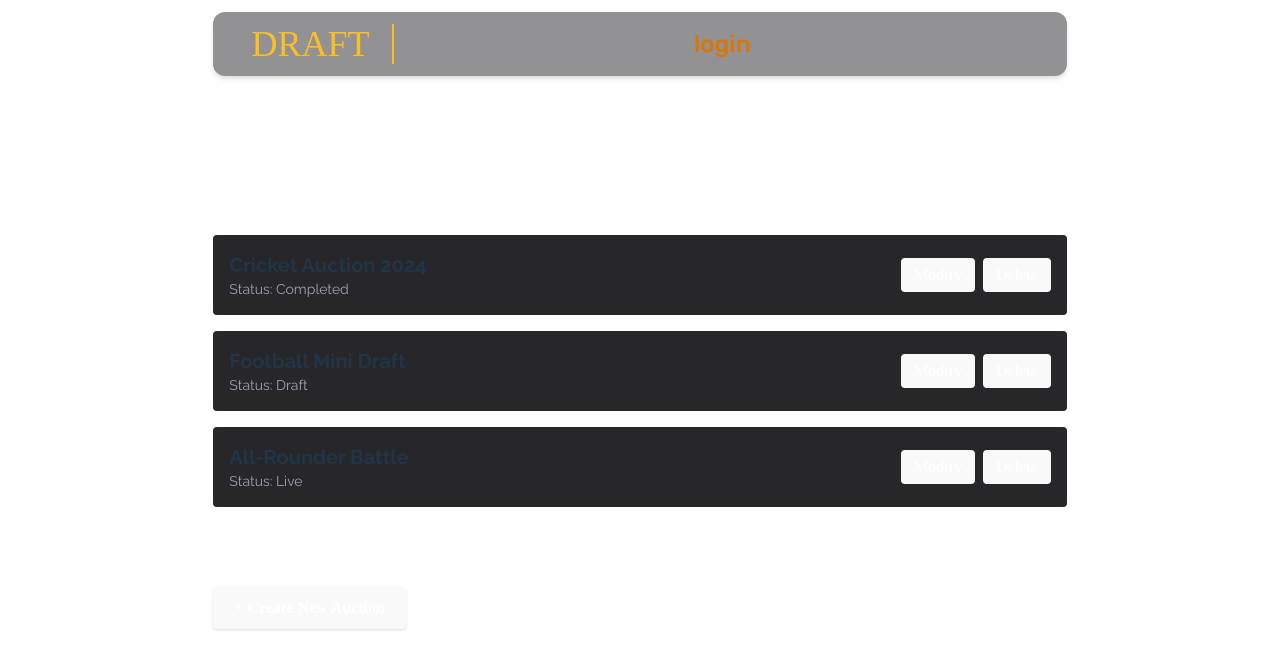
Repository: MehediMim/LeagueCrafter--Online-Auction-Platform-Project
Page: /dashboard (app in my-app/)
These files come from the project's save history. The page is drawn as it stood at one moment and after the next save; the edit follows.
The browser window is 1280 px wide. The pictures show the whole page.
Some web fonts or font styles are not loaded; a fallback is used. The project was rebuilt for these pictures with package versions that can differ from the ones it lists, and the page was loaded fresh each time. Also part of the build but not shown: my-app/vite.config.js, my-app/src/pages/Home.jsx, my-app/src/pages/Login.jsx.

Above is the page before, as saved 2025-05-26 14:06:07.

### my-app/src/main.jsx
import { StrictMode } from 'react'
import { createRoot } from 'react-dom/client'
import React from 'react';
import ReactDOM from 'react-dom/client';
import './index.css'
import App from './App.jsx'
import { Auth0Provider } from '@auth0/auth0-react';
console.log("HELLO WORLD");
console.log('Domain:', import.meta.env.VITE_AUTH0_DOMAIN);
console.log('Client ID:', import.meta.env.VITE_AUTH0_CLIENT_ID);
console.log("HELLO WORLD");

ReactDOM.createRoot(document.getElementById('root')).render(
<React.StrictMode>
  <Auth0Provider
    domain={import.meta.env.VITE_AUTH0_DOMAIN}
    clientId={import.meta.env.VITE_AUTH0_CLIENT_ID}
    authorizationParams={{

      redirect_uri: window.location.origin,
      audience: import.meta.env.VITE_AUTH0_AUDIENCE
    }}
  >
    <App />
  </Auth0Provider>
</React.StrictMode>
);

### my-app/src/index.css
@import url('https://fonts.googleapis.com/css2?family=Bebas+Neue&display=swap');
@import url('https://fonts.googleapis.com/css2?family=Raleway:wght@400;700&display=swap');
@import url('https://fonts.googleapis.com/css2?family=Jaro&display=swap');
@import url('https://fonts.googleapis.com/css2?family=WDXL+Lubrifont+TC&display=swap');
@import url('https://fonts.googleapis.com/css2?family=Barrio&display=swap');
@import url('https://fonts.googleapis.com/css2?family=Barrio&family=Rubik:ital,wght@0,300..900;1,300..900&display=swap');
@tailwind base;
@tailwind components;
@tailwind utilities;



:root {
  font-family: system-ui, Avenir, Helvetica, Arial, sans-serif;
  line-height: 1.5;
  font-weight: 400;

  color-scheme: light dark;
  color: rgba(255, 255, 255, 0.87);
  background-color: #242424;

  font-synthesis: none;
  text-rendering: optimizeLegibility;
  -webkit-font-smoothing: antialiased;
  -moz-osx-font-smoothing: grayscale;
}

a {
  font-weight: 500;
  color: #646cff;
  text-decoration: inherit;
}
a:hover {
  color: #535bf2;
}

body {
  margin: 0;
  display: flex;
  place-items: center;
  min-width: 320px;
  min-height: 100vh;
}

h1 {
  font-size: 3.2em;
  line-height: 1.1;
}

button {
  border-radius: 8px;
  border: 1px solid transparent;
  padding: 0.6em 1.2em;
  font-size: 1em;
  font-weight: 500;
  font-family: inherit;
  background-color: #1a1a1a;
  cursor: pointer;
  transition: border-color 0.25s;
}
button:hover {
  border-color: #646cff;
}
button:focus,
button:focus-visible {
  outline: 4px auto -webkit-focus-ring-color;
}

@media (prefers-color-scheme: light) {
  :root {
    color: #213547;
    background-color: #ffffff;
  }
  a:hover {
    color: #747bff;
  }
  button {
    background-color: #f9f9f9;
  }
}

### my-app/src/App.jsx
import { BrowserRouter, Routes, Route } from "react-router-dom";
import Navbar from "./components/Navbar";
import Home from "./pages/Home";
import Dashboard from "./pages/Dashboard";
import Login from "./pages/Login";


export default function App() {
  return (
    <BrowserRouter>
      <Navbar />
      <Routes>
        <Route path="/" element={<Home />} />
        <Route path="/dashboard" element={<Dashboard />} />
        <Route path="/login" element={<Login />} />
        {/* <Route path="/auction" element={<AuctionRoom />} /> */}
        {/* <Route path="*" element={<NotFound />} /> */}
      </Routes>
    </BrowserRouter>
  );
}

### my-app/src/components/Navbar.jsx
import { Link } from "react-router-dom";
import { useAuth0 } from "@auth0/auth0-react";

export default function Navbar(params) {

  const { user, isAuthenticated, isLoading, loginWithRedirect, logout } = useAuth0();

  return (
    <div className="h-16 w-screen absolute top-3 z-50 flex justify-center">
      <div className="w-2/3 flex justify-center">
        <div className="bg-zinc-800 bg-opacity-50 shadow-md p-4 rounded-xl w-full flex items-center">
          {/* <div className="w-auto h-auto rounded-xl m-4 flex p-4"> */}
          <div className="w-1/4 border-r-2 border-amber-400 flex justify-center">
            <Link to="/"><h1 className="font-jaro text-4xl text-amber-400 hover:text-white">DRAFT</h1></Link>
          </div>
          <div className="w-full flex justify-evenly   items-center">
            {/* <Link to="/" className="text-amber-600 hover:text-white"><h1 className="text-3xl font-jaro">home</h1></Link> */}
            {/* <Link className="text-amber-600 hover:text-white"><h1 className="text-3xl font-jaro">registrations</h1></Link> */}
            {!isAuthenticated && <Link to="/login" className="text-amber-600 hover:text-white"><h1 className="text-2xl  font-rubik">login</h1></Link>}
            {isAuthenticated && <Link to="/dashboard" className="text-amber-600 hover:text-white"><h1 className="text-2xl  font-rubik">dashboard</h1></Link>}

          </div>
          {/* </div> */}
        </div>
        {isAuthenticated && <div className=" h-16 w-16  ml-3 group cursor-pointer relative">


          <div className="rounded-full border-amber-600 border-4 h-16 w-16">
            <img src={user.picture} className="rounded-full"></img>
          </div>

          <div className="absolute top-10 left-36 -translate-x-1/2  bg-zinc-800 text-white rounded-xl p-4 shadow-lg hidden group-hover:block z-50">
            <p className="text-lg font-bold font-raleway text-left">{user.name}</p>
            <p className="text-lg  font-kanit text-center font-raleway">{user.email}</p>
            <button
              onClick={() => logout({ returnTo: window.location.origin })}
              className="mt-3 w-full px-4 py-2 text-smbg rounded hover:bg-white  hover:text-black transition font-kanit"
            >
              Logout
            </button>
          </div>


        </div>
        }
      </div>
    </div>
  )
};

### my-app/src/pages/Dashboard.jsx
import React from 'react';

export default function Dashboard() {
    // Placeholder auction list
    const mockAuctions = [
        { id: 1, title: "Cricket Auction 2024", status: "Completed" },
        { id: 2, title: "Football Mini Draft", status: "Draft" },
        { id: 3, title: "All-Rounder Battle", status: "Live" },
    ];

    return (
        <div className='flex justify-center w-screen'>

            <div className='w-4/6 '>
                <div className="  mt-20 font-kanit ">
                    <h1 className="text-4xl font-jaro text-white mb-6">my auctions</h1>


                    <div className="space-y-4">
                        {mockAuctions.map(auction => (
                            <div key={auction.id} className="bg-zinc-800 p-4 rounded flex justify-between items-center">
                                <div>
                                    <h3 className="text-xl font-bold font-raleway">{auction.title}</h3>
                                    <p className="text-sm text-gray-400 font-raleway">Status: {auction.status}</p>
                                </div>
                                <div className="space-x-2">
                                    <button className=" hover:bg-white px-3 py-1 rounded text-white hover:text-black font-jaro">Modify</button>
                                    <button className=" hover:bg-white px-3 py-1 rounded text-white hover:text-black font-jaro">Delete</button>
                                </div>
                            </div>
                        ))}
                    </div>


                    <div className="flex justify-between items-center mt-20">

                        <button className=" hover:bg-white text-white hover:text-black px-5 py-2 rounded font-jaro font-bold shadow">
                            + Create New Auction
                        </button>
                    </div>
                </div>
            </div>
        </div>
    );
}

### my-app/tailwind.config.js
/** @type {import('tailwindcss').Config} */
export default {
  content: [
    "./index.html",
    "./src/**/*.{js,ts,jsx,tsx}",
  ],
  theme: {
    extend: {
      fontFamily: {
        bebas: ['"Bebas Neue"', 'cursive'],
        raleway: ['Raleway', 'sans-serif'],
        jaro: ['Jaro', 'cursive'],
        lubrifont: ['WDXL Lubrifont TC', 'sans-serif'],
        barrio: ['Barrio', 'normal'],
        rubik: ['Rubik', 'sans-serif'],
      },
    },
  },
  plugins: [],
}

Loaded but not shown: my-app/index.html (common file)

After the next save:
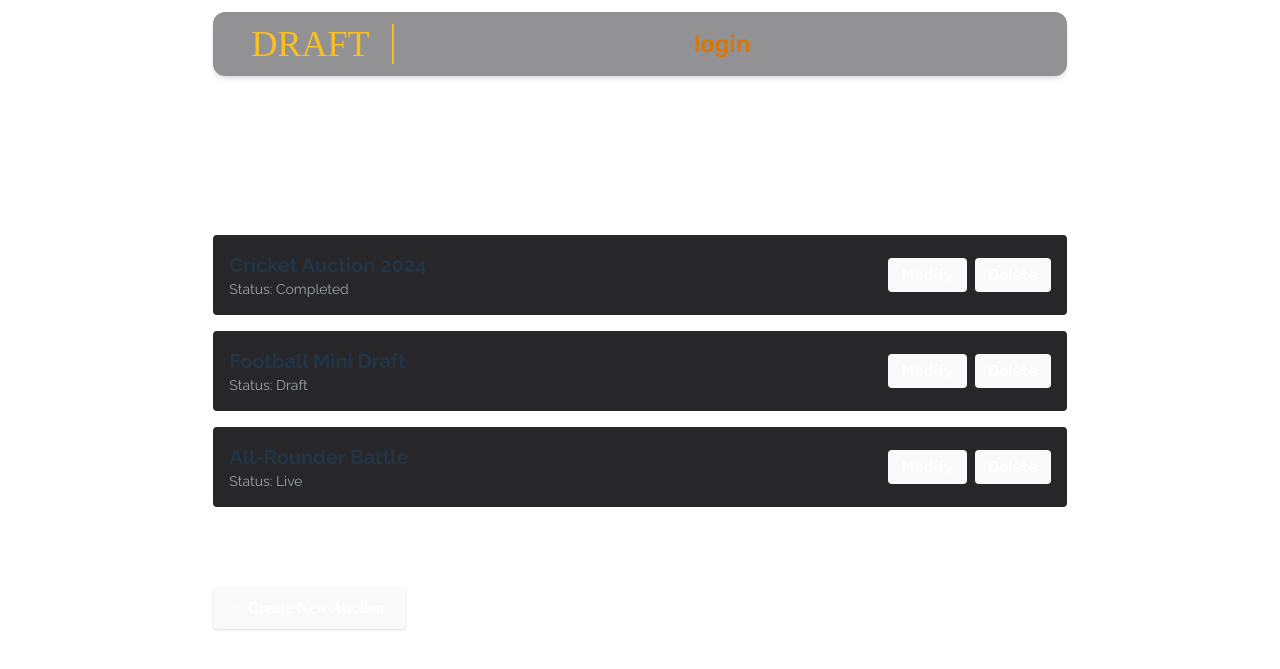
Saved 49 s later.
--- a/my-app/src/pages/Dashboard.jsx
+++ b/my-app/src/pages/Dashboard.jsx
@@ -24,8 +24,8 @@ export default function Dashboard() {
                                     <p className="text-sm text-gray-400 font-raleway">Status: {auction.status}</p>
                                 </div>
                                 <div className="space-x-2">
-                                    <button className=" hover:bg-white px-3 py-1 rounded text-white hover:text-black font-jaro">Modify</button>
-                                    <button className=" hover:bg-white px-3 py-1 rounded text-white hover:text-black font-jaro">Delete</button>
+                                    <button className=" hover:bg-white px-3 py-1 rounded text-white hover:text-black font-rubik">Modify</button>
+                                    <button className=" hover:bg-white px-3 py-1 rounded text-white hover:text-black font-rubik">Delete</button>
                                 </div>
                             </div>
                         ))}
